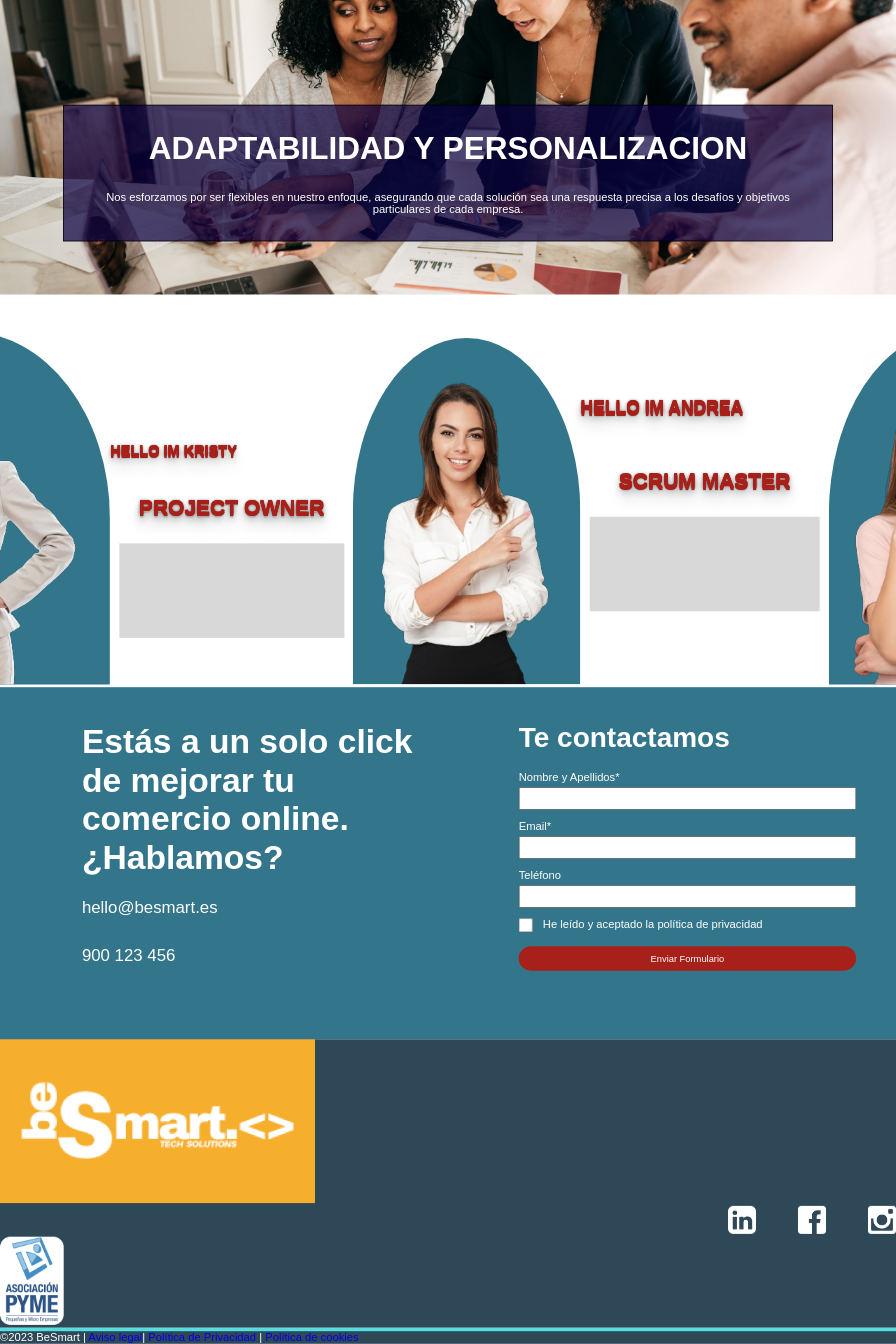
Repository: Andreamartinn17/Proyecto_3_BeSmart
Page: index.html
An editor plug-in stored every save of this project. The page is shown before and after the next save, followed by the edit.
The browser window is 1280 px wide. The pictures show the part of the page from y = 844 to 2764 px (the page is 2764 px tall), at 70% of full size.

Above is the page before, as saved 2023-12-18 21:08:25.

After the next save:
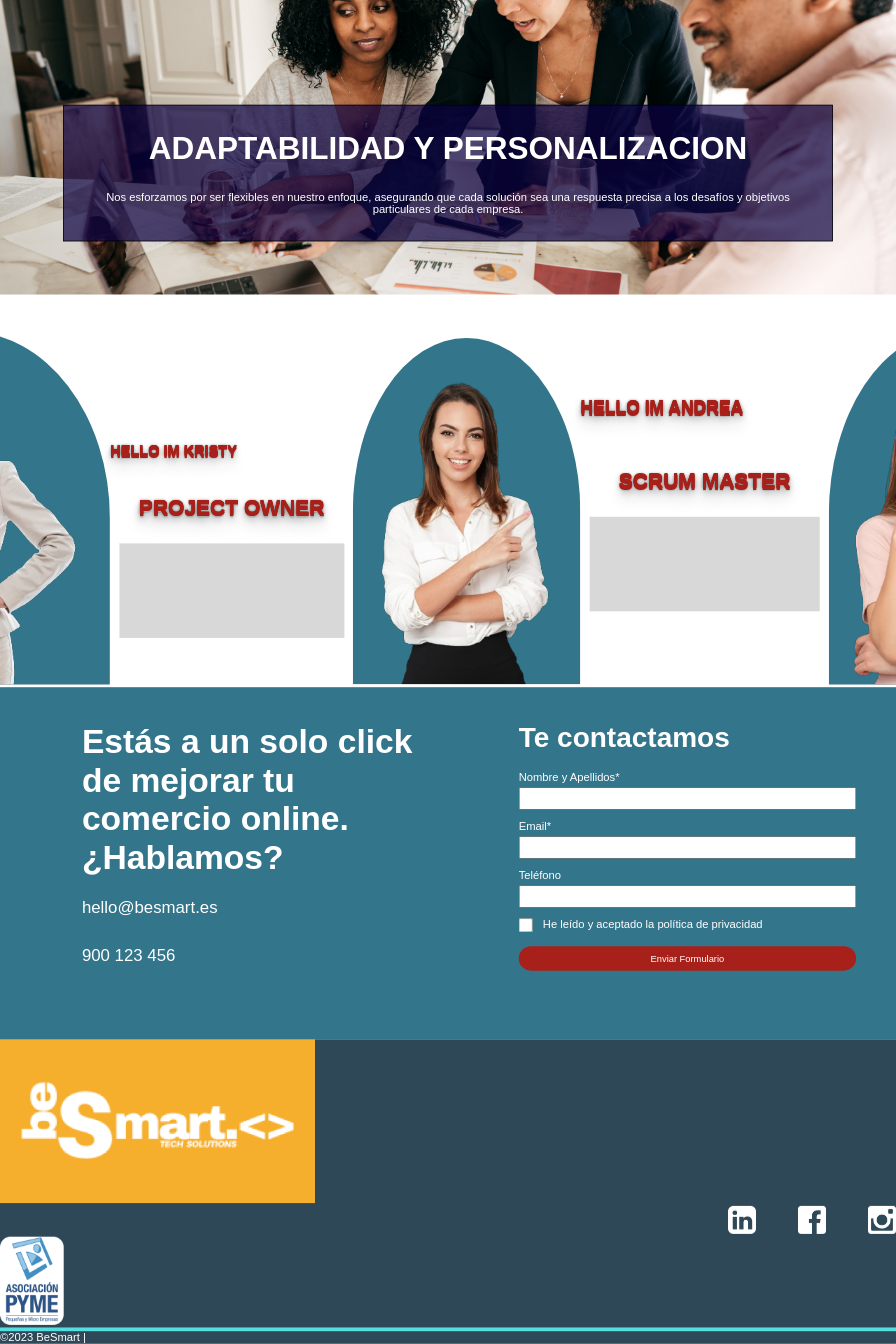
Saved 76 s later.
--- a/index.html
+++ b/index.html
@@ -376,9 +376,7 @@
         <section class="final-footer">
             <div class="copy-footer">
                 ©2023 BeSmart |
-                    <a href="#">Aviso legal</a>|
-                    <a href="#">Política de Privacidad </a>|
-                    <a href="#">Política de cookies</a>
+
             </div>
         </section>
     </footer>

After the save that followed:
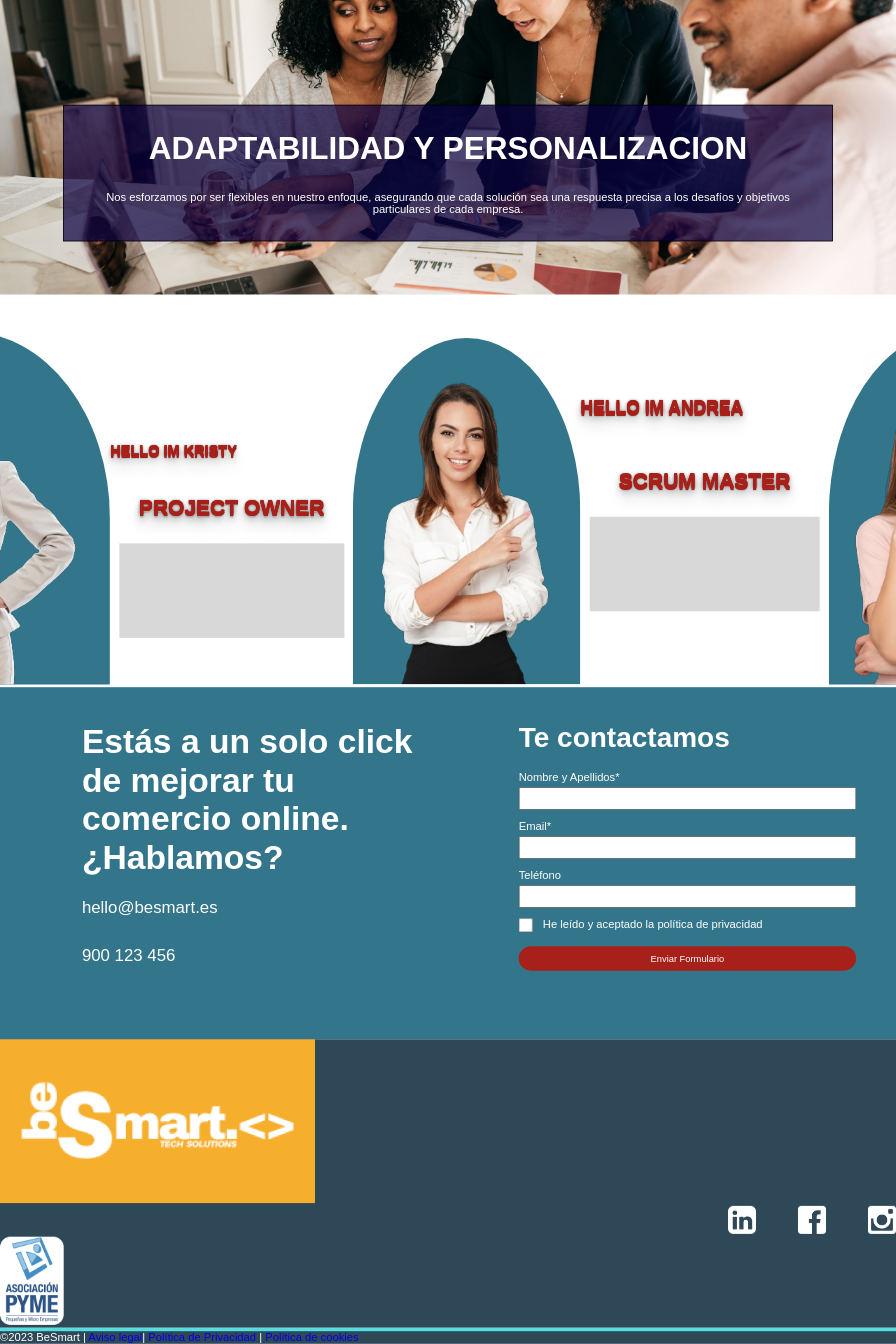
Saved 20 s later.
--- a/index.html
+++ b/index.html
@@ -376,7 +376,9 @@
         <section class="final-footer">
             <div class="copy-footer">
                 ©2023 BeSmart |
-
+                    <a href="#">Aviso legal</a>|
+                    <a href="#">Política de Privacidad </a>|
+                    <a href="#">Política de cookies</a>
             </div>
         </section>
     </footer>
